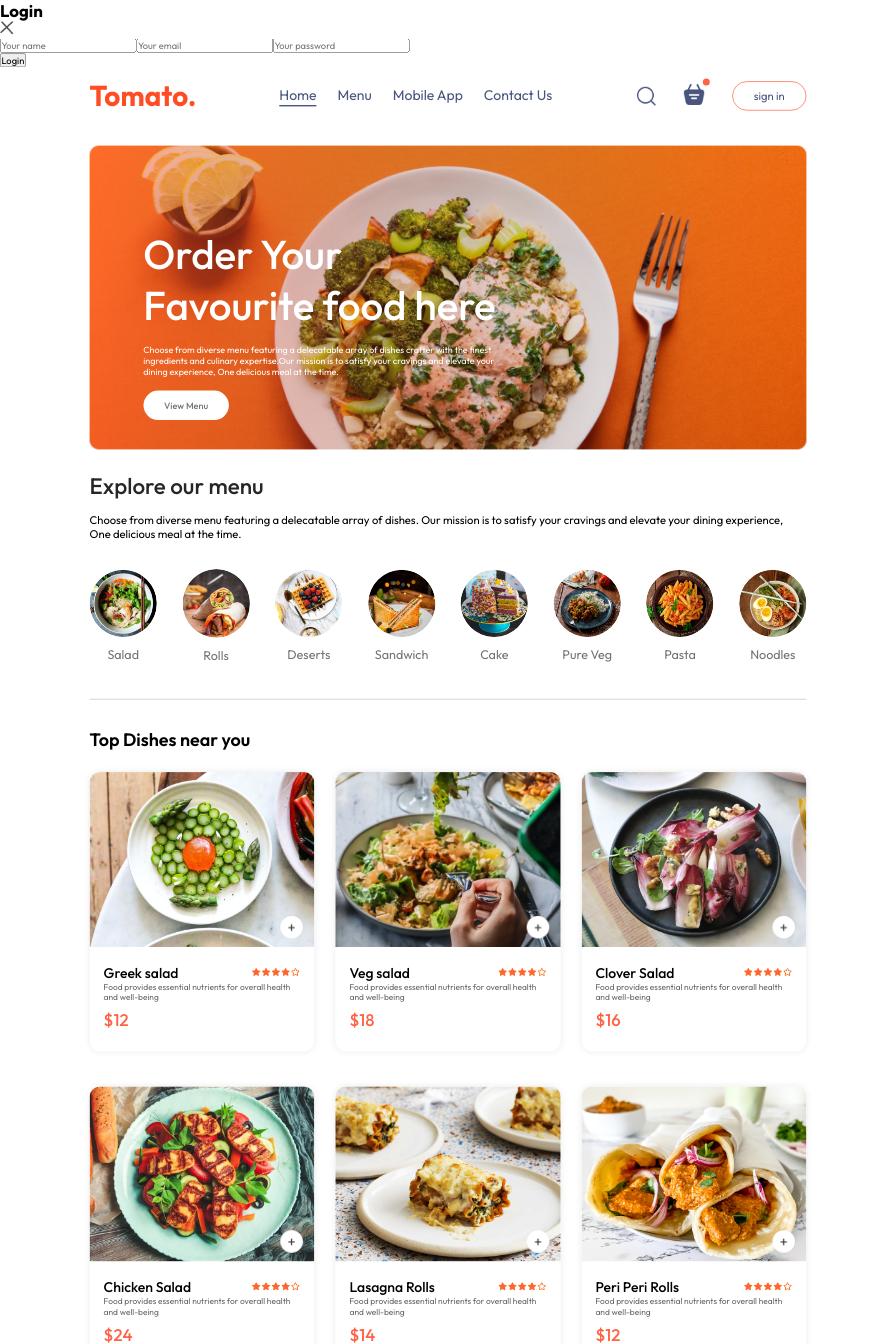
Repository: esakkiraj8104/FOOD_ORDER1
Page: /, after clicking the first element matching `button`
These files come from the project's save history. The page is drawn as it stood at one moment and after a run of saves; the edit follows.
The browser window is 1280 px wide. The pictures show the part of the page from y = 0 to 1920 px (the page is 6809 px tall), at 70% of full size.
The project was rebuilt for these pictures with package versions that can differ from the ones it lists, and the page was loaded fresh each time. Also part of the build but not shown: vite.config.js, src/pages/Cart/Cart.css, src/pages/Cart/Cart.jsx, src/components/LoginPopup/LoginPopup.css. Imported but missing from the stored project, and not drawn on this page: src/pages/PlaceOrder/PlaceOrder.

Above is the page before, as saved 2025-05-17 14:10:17.

### index.html
<!doctype html>
<html lang="en">
  <head>
    <meta charset="UTF-8" />
    <link rel="icon" type="image/svg+xml" href="/vite.svg" />
    <meta name="viewport" content="width=device-width, initial-scale=1.0" />
    <title>Tomoto food Web</title>
  </head>
  <body>
    <div id="root"></div>
    <script type="module" src="/src/main.jsx"></script>
  </body>
</html>

### src/main.jsx
import React from 'react'
import ReactDOM from 'react-dom/client'
import './index.css'
import App from './App.jsx'
import {BrowserRouter} from 'react-router-dom'
import StoreContextProvider from './Context/StoreContext.jsx'

ReactDOM.createRoot(document.getElementById('root')).render(
  <BrowserRouter>
    <StoreContextProvider>
      <App />
    </StoreContextProvider>

  </BrowserRouter>

)

### src/index.css
@import url('https://fonts.googleapis.com/css2?family=Outfit:wght@100..900&display=swap');

*{
  padding: 0;
  margin: 0;
  box-sizing: border-box;
  font-family: outfit;
  scroll-behavior: smooth;
}
body{
  min-height: 100vh;
}
a{
  text-decoration :none;
  color: inherit;
}
.app{
  width: 80%;
  margin: auto;
}

@keyframes fadeIn {
  0%{
    opacity: 0;
  }
  100%{
    opacity: 1;
  }
}

### src/App.jsx
import React,{ useState } from 'react'
import { Route, Routes } from 'react-router-dom'
import Home from './pages/Home/Home'
import Cart from './pages/Cart/Cart'
import PlaceOrder from './pages/PlaceOrder/PlaceOrder'
import Navbar from './components/Navbar/Navbar/Navbar'
import Footer from './components/Navbar/Footer/Footer'
import LoginPopup from './components/LoginPopup/LoginPopup'

const App = () => {

  const[showLogin,setShowLogin]= useState(false)
  return (

    <>
    {showLogin?<LoginPopup setShowLogin={setShowLogin}/>:<></>}
      <div className='app'>
        <Navbar setShowLogin={setShowLogin}/>
        <Routes >
          <Route path='/' element={<Home />} />
          <Route path='/cart' element={<Cart />} />
          <Route path='/order' element={<PlaceOrder />} />
        </Routes>
      </div>
      <Footer />

    </>


  )
}

export default App

### src/Context/StoreContext.jsx
import { createContext, useEffect, useState } from "react";
import { food_list } from "../assets/assets";

export const StoreContext = createContext(null)

const StoreContextProvider = (props) => {

    const [cartItems,setCartItems]= useState({});

    const addToCart = (itemId) => {
        if (!cartItems[itemId]) {
            setCartItems((prev)=>({...prev,[itemId]:1}))
        }
        else{
            setCartItems((prev)=>({...prev,[itemId]:prev[itemId]+1}))
        }
    }

    const removeFromCart = (itemId) =>{
        setCartItems((prev)=>({...prev,[itemId]:prev[itemId]-1}))
    }

    useEffect(()=>{
        console.log(cartItems);
    },[cartItems])

    const contextValue = {
        food_list,
        cartItems,
        setCartItems,
        addToCart,
        removeFromCart

    }
    return (
        <StoreContext.Provider value={contextValue}>
            {props.children}
        </StoreContext.Provider>
    )
}

export default StoreContextProvider;

### src/pages/Home/Home.jsx
import React, { useState } from 'react'
import './Home.css'
import Header from '../../components/Navbar/Header/Header'
import ExploreMenu from '../../components/Navbar/ExploreMenu/ExploreMenu'
import FoodDisplay from '../../components/Navbar/FoodDisplay/FoodDisplay'
import AppDownload from '../../components/Navbar/AppDownload/AppDownload'

const Home = () => {

    const [category,setCategory]=useState("All");



  return (
    <div>
      <Header/>
      <ExploreMenu category={category} setCategory={setCategory}/>
      <FoodDisplay category={category}/>
      <AppDownload/>
    </div>
  )
}

export default Home

### src/components/Navbar/Navbar/Navbar.jsx
import React, { useState } from 'react'
import './Navbar.css'
import { assets } from '../../../assets/assets'
import { Link } from 'react-router-dom';
const Navbar = ({setShowLogin}) => {

    const [menu,setMenu] = useState("home");
  return (
    <div className='navbar'>
        <img src={assets.logo} alt="" className="logo" />
        <ul className="navbar-menu">
        <Link to='/'className={menu === "home" ? "active" : ""} onClick={() => setMenu("home")}>Home</Link>
        <a href='#explore-menu' className={menu === "menu" ? "active" : ""} onClick={() => setMenu("menu")}>Menu</a>
        <a href='#app-download'className={menu === "mobile-app" ? "active" : ""} onClick={() => setMenu("mobile-app")}>Mobile App</a>
        <a href='#footer'className={menu === "contact us" ? "active" : ""} onClick={() => setMenu("contact us")}>Contact Us</a>
        </ul>
        <div className="navbar-right">
            <img src={assets.search_icon} alt="" />
            <div className="navbar-search-icon">
                <img src={assets.basket_icon} alt="" />
                <div className="dot"></div>
            </div>
            <button onClick={()=>setShowLogin(true)}>sign in</button>
        </div>
    </div>
  )
}

export default Navbar

### src/components/Navbar/Footer/Footer.jsx
import React from 'react'
import './Footer.css'
import { assets } from '../../../assets/assets'

const Footer = () => {
  return (

    <div className='footer' id='footer'>
      <div className="footer-content">
        <div className="footer-content-left">
          <img src={assets.logo} alt="" />
          <p>Craving something delicious? We bring your favorite meals from top restaurants straight to your door, hot and fresh.
            With fast delivery, secure payments, and  24/7 support, ordering food has never been easier.
            Tomato.com - Serving happiness, one order at a time.</p>
          <div className="footer-social-icons">
            <img src={assets.facebook_icon} alt="" />
            <img src={assets.twitter_icon} alt="" />
            <img src={assets.linkedin_icon} alt="" />
          </div>
        </div>
        <div className="footer-content-center">
          <h2>COMPANY</h2>
          <ul>
            <li>Home</li>
            <li>About us</li>
            <li>Delivery</li>
            <li>Privacy Policy</li>
          </ul>
        </div>
        <div className="footer-content-right">
          <h2>GET IN TOUCH</h2>
          <ul>
            <li>+91-8765434534</li>
            <li>contact@tomato.com</li>
          </ul>
        </div>
      </div>
      <hr />
      <p className="footer-copyright">© 2025 Tomato.com – All Rights Reserved.</p>
    </div>
  )
}

export default Footer

### src/components/LoginPopup/LoginPopup.jsx
import React, { useState } from 'react'
import './LoginPopup.css'
import { assets } from '../../assets/assets'

const LoginPopup = ({setShowLogin}) => {

    const[currState,setCurrState]= useState("Login")

  return (
    <div className='LoginPopup'>
      <form action="" className="login-popup-container">
        <div className="login-popup-title">
          <h2>{currState}</h2>
          <img onClick={()=>setShowLogin(false)} src={assets.cross_icon} alt="" />
        </div>
        <div className="login-popup-inputs">
          <input type="text" placeholder='Your name'required />
          <input type="email" placeholder='Your email'required />
          <input type="password" placeholder='Your password'required />
        </div>
        <button>{currState==="Sign Up"?"Create account":"Login"}</button>
      </form>
    </div>
  )
}

export default LoginPopup

### src/components/Navbar/Header/Header.jsx
import React from 'react'
import './Haeder.css'

const Header = () => {
  return (
    <div className='header'>
       <div className="header-contents">
        <h2>Order Your Favourite food here</h2>
        <p>Choose from diverse menu featuring a delecatable array of dishes crafter with the finest ingredients and culinary expertise.Our mission is to satisfy your cravings and elevate your dining experience, One delicious meal at the time. </p>
        <button>View Menu</button>
       </div>
    </div>

  )
}

export default Header

### src/components/Navbar/ExploreMenu/ExploreMenu.jsx
import React from 'react'
import './ExploreMenu.css'
import { menu_list } from '../../../assets/assets'
const ExploreMenu = ({category,setCategory}) => {
  return (
    <div className='explore-menu' id='explore-menu'>
        <h1>Explore our menu</h1>
        <p>Choose from diverse menu featuring a delecatable array of dishes. Our mission is to satisfy your cravings and elevate your dining experience, One delicious meal at the time. </p>
        <div className="explore-menu-list">
            {menu_list.map((item,index)=>{
                return (
                    <div onClick={()=>setCategory(prev=>prev===item.menu_name?"All":item.menu_name)} key={index} className='explore-menu-list-item'>
                        <img className={category===item.menu_name?"active":""} src={item.menu_image} alt="" />
                        <p>{item.menu_name}</p>
                    </div>
                )
            })}
        </div>
        <hr/>
    </div>
  )
}

export default ExploreMenu

### src/components/Navbar/FoodDisplay/FoodDisplay.jsx
import React, { useContext } from 'react'
import './FoodDisplay.css'
import { StoreContext } from '../../../Context/StoreContext'
import FoodItem from '../FoodItem/FoodItem'

const FoodDisplay = ({ category }) => {

  const { food_list } = useContext(StoreContext)

  return (
    <div className='food-display' id='food-display'>
      <h2>Top Dishes near you</h2>
      <div className="food-display-list">
        {food_list.map((item, index) => {
          if (category === "All" || category === item.category) {


            return <FoodItem key={index} id={item._id} name={item.name} description={item.description} price={item.price} image={item.image} />
          }
        })}
      </div>
    </div>
  )
}

export default FoodDisplay

### src/components/Navbar/AppDownload/AppDownload.jsx
import React from 'react'
import './AppDownload.css'
import { assets } from '../../../assets/assets'

const AppDownload = () => {
  return (
    <div className='app-download'id='app-download'>
      <p>For Better Experience Download <br /> Tomato App</p>
      <div className="app-download-platforms">
        <img src={assets.play_store} alt="" />
        <img src={assets.app_store} alt="" />

      </div>

    </div>
  )
}

export default AppDownload

### src/components/Navbar/Navbar/Navbar.css
.navbar{
    padding: 20px 0px;
    display: flex;
    justify-content: space-between;
    align-items: center;
}

.navbar .logo{
    width: 150px;
}

.navbar-menu{
    display: flex;
    list-style: none;
    gap: 30px;
    color: #49557e;
    font-size: 20px;
}

.navbar-right{
    display: flex;
    align-items: center;
    gap: 40px;
}

.navbar button{
    background: transparent;
    font-size: 16px;
    color: #49557e;
    border: 1px solid tomato;
    padding: 10px 30px;
    border-radius: 50px;
    cursor: pointer;
    transition: 0.3;
}

.navbar button:hover{
    background-color: #fff4f2;
}

.navbar .active{
    padding-bottom: 2px;
    border-bottom: 2px solid #49557e;
}

.navbar li{
    cursor: pointer;
}

.navbar-search-icon{
    position:relative;
}

.navbar-search-icon .dot{
    position: absolute;
    min-width: 10px;
    min-height: 10px;
    background-color: tomato;
    border-radius: 5px;
    top: -8px;
    right: -8px;
}
@media(max-width:1050px) {
    .navbar .logo{
        width: 140px;
    }
    .navbar-menu{
        gap: 20px;
        font-size: 17px;
    }
    .navbar-right{
        gap: 30px;
    }
    .navbar-right img{
        width: 22px;
    }
    .navbar-right button{
        padding: 8px 25px;
    }
}
@media(max-width:900px) {
    .navbar .logo{
        width: 120px;
    }
    .navbar-menu{
        gap: 15px;
        font-size: 16px;
    }
    .navbar-right{
        gap: 20px;
    }
    .navbar-right img{
        width: 20px;
    }
    .navbar-right button{
        padding: 7px 20px;
        font-size: 15px;
    }
}
@media(max-width:750px) {
    .navbar-menu{
        display: none;
    }
}

### src/components/Navbar/Footer/Footer.css
.footer{
    color: #d9d9d9;
    background: #323232;
    display: flex;
    flex-direction: column;
    align-items: center;
    gap: 20px;
    padding: 20px 8vw;
    padding-top: 80px;
    margin-top: 100px;

}

.footer-content{
    width: 100%;
    display: grid;
    grid-template-columns: 2fr 1fr 1fr;
    gap: 80px;
}
.footer-content-left, .footer-content-right, .footer-content-center{
    display: flex;
    flex-direction: column;
    align-items: start;
    gap: 20px;
}
.footer-content-left li, .footer-content-right li, .footer-content-center li{
    list-style: none;
    margin-bottom: 10px;
    cursor: pointer;
}
.footer-content-right h2, .footer-content-center h2 {
    color: white;
}
.footer-social-icons img{
    width: 40px;
    margin-right: 15px;
}
.footer hr{
    width: 100%;
    height: 2px;
    margin: 20px 0;
    background-color: grey;
    border: none;
}
@media (max-width:750px) {
    .footer-content{
        display: flex;
        flex-direction: column;
        gap: 35px;
    }
    .footer-copyright{
        text-align: center;
    }
}

### src/components/Navbar/Header/Haeder.css
.header{
    height: 34vw;
    margin: 30px auto;
    background: url('/header_img.png') no-repeat;
    background-size:  contain;
    position: relative;
}

.header-contents{
    position: absolute;
    display: flex;
    flex-direction: column;
    align-items: start;
    gap: 1.5vw;
    max-width: 50%;
    bottom: 10%;
    left: 6vw ;
    animation: fadeIn 3s;
}
.header-contents h2{
    font-weight: 500;
    color: white;
    font-size: max(4.5vw,22px);
}
.header-contents p{
    color: white;
    font-size: 1vw;
}
.header-contents button{
    border: none;
    color: #747474;
    font-weight: 500;
    padding: 1vw 2.3vw;
    background-color: white;
    font-size: max(1vw,13px);
    border-radius: 50px;
    cursor: pointer;
}
.header-contents button:hover{
    background-color: #fff4f2;
}
@media (max-width:1050px) {
    .header-contents{
        max-width: 45%;
    }
}
@media (max-width:750px) {
    .header-contents{
        max-width: 65%;
    }
    .header-contents p{
        display: none;
    }
    .header-contents button{
        padding: 2vw 4vw;
    }
}

### src/components/Navbar/ExploreMenu/ExploreMenu.css
.explore-menu{
    display:flex;
    flex-direction: column;
    gap: 20px;
}
.explore-menu h1{
    color: #262626;
    font-weight: 500 ;
}
.explore-menu-text{
    max-width: 60%;
    columns: #808080;
}
.explore-menu-list{
    display: flex;
    justify-content: space-between;
    align-items: center;
    gap: 30px;
    text-align: center;
    margin: 20px 0px;
    overflow-x: scroll;
}
.explore-menu-list::-webkit-scrollbar{
    display: none;
}
.explore-menu-list-item img{
    width: 7.5vw;
    min-width: 80px;
    cursor: pointer;
    border-radius: 50%;
    transition: 0.2s;
}
.explore-menu-list-item p{
    margin-top: 10px;
    color: #747474;
    font-size: max(1.4vw,16px);
    cursor: pointer;
}
.explore-menu hr{
    margin: 10px 0px;
    height: 2px;
    background-color: #e2e2e2;;
    border:none;
}
.explore-menu-list-item .active{
    border: 4px solid tomato;
    padding: 2px;
}
@media (max-width:1050px) {
    .explore-menu-text{
        max-width: 100%;
        font-size: 14px;
    }
}

### src/components/Navbar/FoodItem/FoodItem.jsx
import React, { useContext } from 'react'
import './FoodItem.css'
import { assets } from '../../../assets/assets'
import { StoreContext } from '../../../Context/StoreContext'
const FoodItem = ({id,name,price,description,image}) => {


    const {cartItems,addToCart,removeFromCart} = useContext(StoreContext);

  return (
    <div className='food-item'>
        <div className="food-item-img-container">
            <img className='food-item-image' src={image} alt="" />
            {!cartItems[id]
                ?<img className='add' onClick={()=>addToCart(id)} src={assets.add_icon_white} alt=""/>
                :<div className='food-item-counter'>
                  <img onClick={()=>removeFromCart(id)} src={assets.remove_icon_red} alt="" />
                  <p>{cartItems[id]}</p>
                  <img onClick={()=>addToCart(id)}  src={assets.add_icon_green} alt="" />
                </div>
            }
        </div>
        <div className="food-item-info">
            <div className="food-item-name-rating">
                <p>{name}</p>
                <img src={assets.rating_starts} alt="" />
            </div>
            <p className="food-item-desc">{description}</p>
            <p className="food-item-price">${price}</p>
        </div>

    </div>
  )
}

export default FoodItem

### src/components/Navbar/AppDownload/AppDownload.css
.app-download{
    margin: auto auto;
    margin-top: 100px;
    font-size: max(3vw,20px);
    text-align: center;
    font-weight: 500;
}
.app-download-platforms{
    display: flex;
    justify-content: center;
    gap: max(2vw,10px);
    margin-top: 40px;
}
.app-download-platforms img{
    width: max(30vw,120px);
    max-width: 180px;
    transition: 0.5s;
    cursor:pointer;
}
.app-download-platforms img:hover{
    transform: scale(1.1);
}

### src/components/Navbar/FoodItem/FoodItem.css
.food-item{
    width: 100%;
    margin: auto;
    border-radius: 15px;
    box-shadow: 0px 0px 10px #00000015;
    transition: 0.3s;
    animation: fadeIn 1s;
}
.food-item-image{
    width: 100%;
    border-radius: 15px 15px 0px 0px;

}
.food-item-info{
    padding: 20px;
}
.food-item-name-rating{
    display: flex;
    justify-content: space-between;
    align-items: center;
    margin-bottom: 100;
}
.food-item-name-rating p{
    font-size: 20px;
    font-weight: 500;
}
.food-item-name-rating img{
    width: 70px;
}
.food-item-desc{
    color: #676767;
    font-size: 12px;
}
.food-item-price{
    color: tomato;
    font-size: 24px;
    font-weight: 500;
    margin: 10px 0px;
}
.food-item-img-container{
    position: relative;
}
.food-item-img-container .add{
    width: 35px;
    position: absolute;
    bottom: 15px;
    right: 15px;
    cursor: pointer;
    border-radius: 50%;
}
.food-item-counter{
    position: absolute;
    bottom: 15px;
    right:15px;
    display: flex;
    align-items: center;
    gap: 10px;
    padding: 6px;
    border-radius: 50px;
    background-color: white;
}
.food-item-counter img{
    width: 30px;
}

Loaded but not shown: src/components/Navbar/FoodDisplay/FoodDisplay.css (common file); src/assets/assets.js (350 lines, source omitted); src/pages/Home/Home.css (no stored copy; drawn as an empty file)

After the next 10 saves:
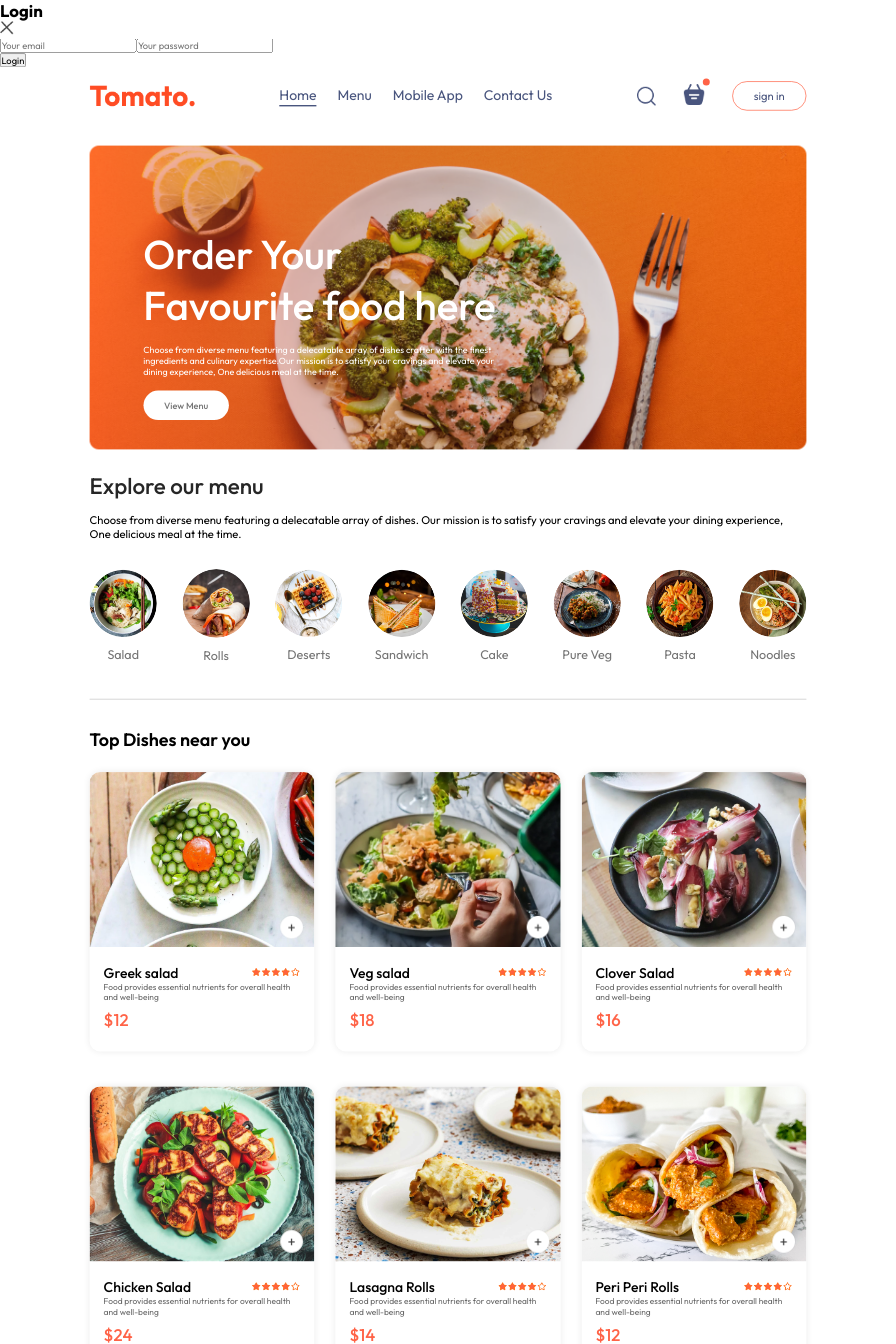
The 10 saves are shown as one change because 3 did not build or start and some came seconds apart.
The last was saved 55 s later.
--- a/src/components/LoginPopup/LoginPopup.jsx
+++ b/src/components/LoginPopup/LoginPopup.jsx
@@ -14,7 +14,8 @@
           <img onClick={()=>setShowLogin(false)} src={assets.cross_icon} alt="" />
         </div>
         <div className="login-popup-inputs">
-          <input type="text" placeholder='Your name'required />
+          {currState==="Login"?<></>:          <input type="text" placeholder='Your name'required />
+}
           <input type="email" placeholder='Your email'required />
           <input type="password" placeholder='Your password'required />
         </div>
